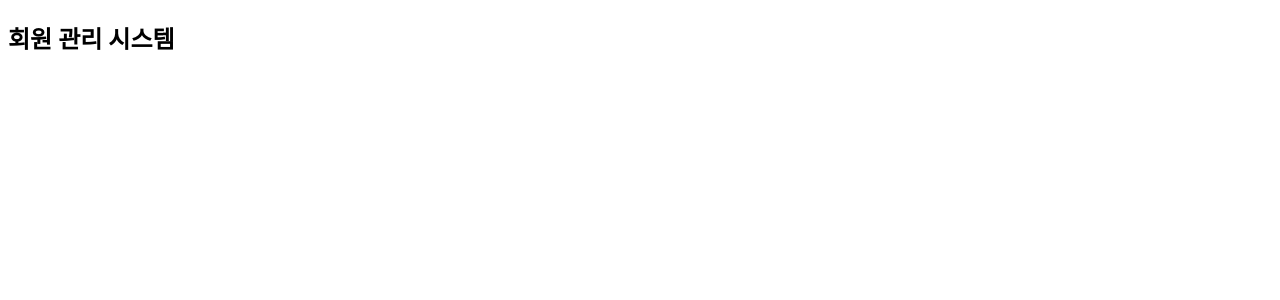
Repository: soeun1365/ServerProgram1
Page: http://localhost/ServerProgram1/manager.jsp
These files come from the project's save history. The page is drawn as it stood at one moment and after a run of saves; the edit follows.
The browser window is 1280 px wide. The pictures show the whole page.
The page is served by Tomcat 9.

Above is the page before, as saved 2021-06-14 07:17:07.

After the next 2 saves:
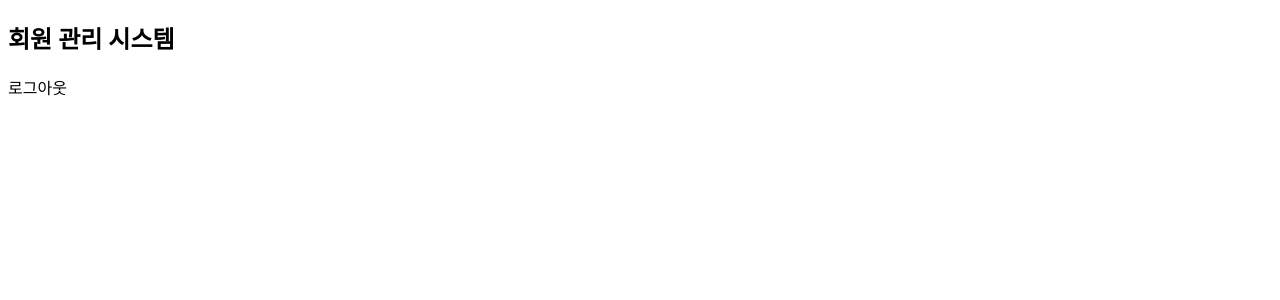
The 2 saves are shown as one change because they came seconds apart.
The last was saved 11 s later.
--- a/ServerProgram1/WebContent/manager.jsp
+++ b/ServerProgram1/WebContent/manager.jsp
@@ -8,5 +8,7 @@
 </head>
 <body>
 	<h2>회원 관리 시스템</h2>
+	<a>로그아웃</a>
+
 </body>
 </html>
